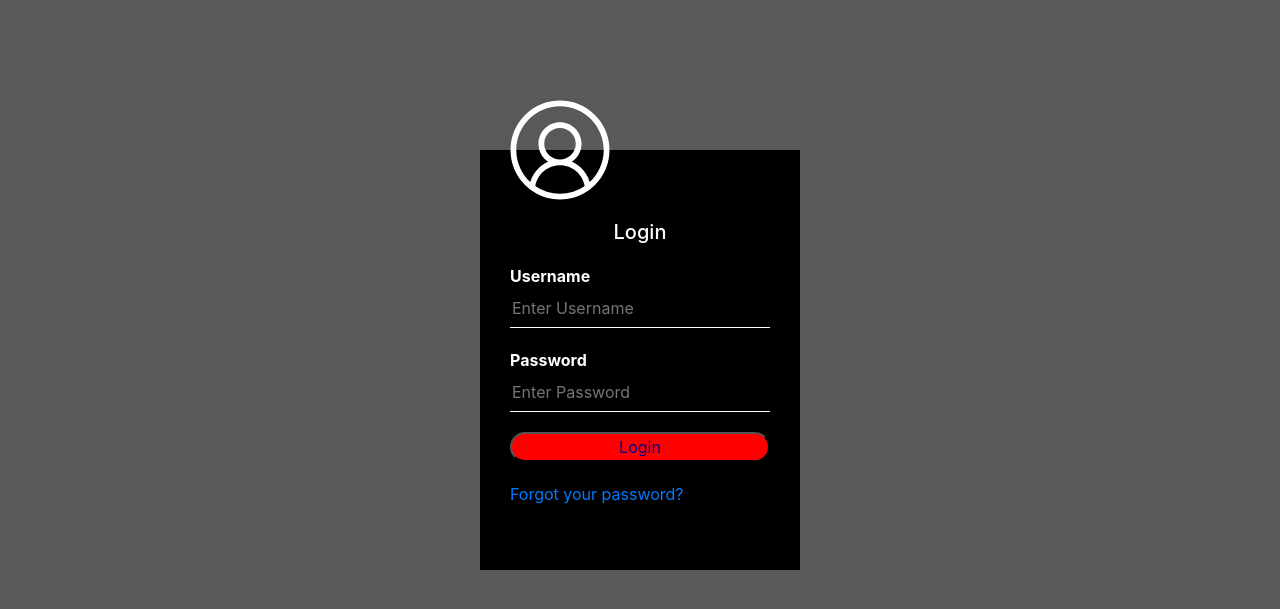
Repository: Lovekr/stylester
Page: stylster_frontend_design/login.html
The author's editor kept a copy of each file at every save. The page is drawn from the files as they stood at one save, then again after the next save.
The browser window is 1280 px wide. The pictures show the whole page.
The pointer rests on the first visible `.loginbox input[type="submit"]`.

Above is the page before, as saved 2020-03-09 12:35:19.

### stylster_frontend_design/login.html
<!DOCTYPE html>
<html lang="en">
<head>

    <meta charset="UTF-8">
    <meta name="viewport" content="width=device-width, initial-scale=1.0">
    <link rel="stylesheet" href="https://stackpath.bootstrapcdn.com/bootstrap/4.4.1/css/bootstrap.min.css" >
     <link rel="stylesheet" href="./css/owl.carousel.css">
     <link rel="stylesheet" href="./css//owl.theme.default.min.css">
     <link rel="stylesheet" href="https://cdnjs.cloudflare.com/ajax/libs/font-awesome/4.7.0/css/font-awesome.min.css">
     <link rel="stylesheet" href="./css/login.css">
    <title>STYLSTER</title>
</head>
<body>
     <div class="loginbox">
         <img src="./asset/login icon svg white-01.svg" class="loginicon">
         <h1>Login</h1>
         <form>
             <p>Username</p>
             <input type="text" name="" placeholder="Enter Username">
             <p>Password</p>
             <input type="password" name="" placeholder="Enter Password">
             <input type="submit" name="" value="Login">
             <a href="#">Forgot your password?</a>
         </form>
     </div>










</body>
</html>

### stylster_frontend_design/css/login.css
body {
    margin: 0;
    padding: 0;
    background-color: #58595b;
    background-size: cover;
    background-position: center;
}
.loginbox {
    width: 320px;
    height: 420px;
    background: #000;
    color: #fff;
    position: absolute;
    top:50%;
    left:50%;
    transform: translate(-50%, -50%);
    box-sizing: border-box;
    padding: 70px 30px;
}
.loginicon {
    width: 100px;
    height: 100px;
    border-radius: 50%;
    position: absolute;
    top: -50px;
    left: calc(-50%, 50px);
}
h1 {
    margin:0;
    padding: 0 0 20px;
    text-align: center;
    font-size: 20px;
}
.loginbox p{
    margin: 0;
    padding: 0;
    font-weight: bold;
}
.loginbox input{
    width: 100%;
    margin-bottom: 20px;
}
.loginbox input[type="text"], input[type="password"]
{
    border: none;
    border-bottom: 1px solid #fff;
    background: transparent;
    outline: none;
    height: 40px;
}
.loginbox input[type="submit"]
{
    border-radius: 20px;
}
.loginbox input[type="submit"]:hover
{
    cursor: pointer;
    background: red;
    color: darkblue;
}

Loaded but not shown: stylster_frontend_design/css/owl.carousel.css (library); stylster_frontend_design/css/owl.theme.default.min.css (common file)

After the next save:
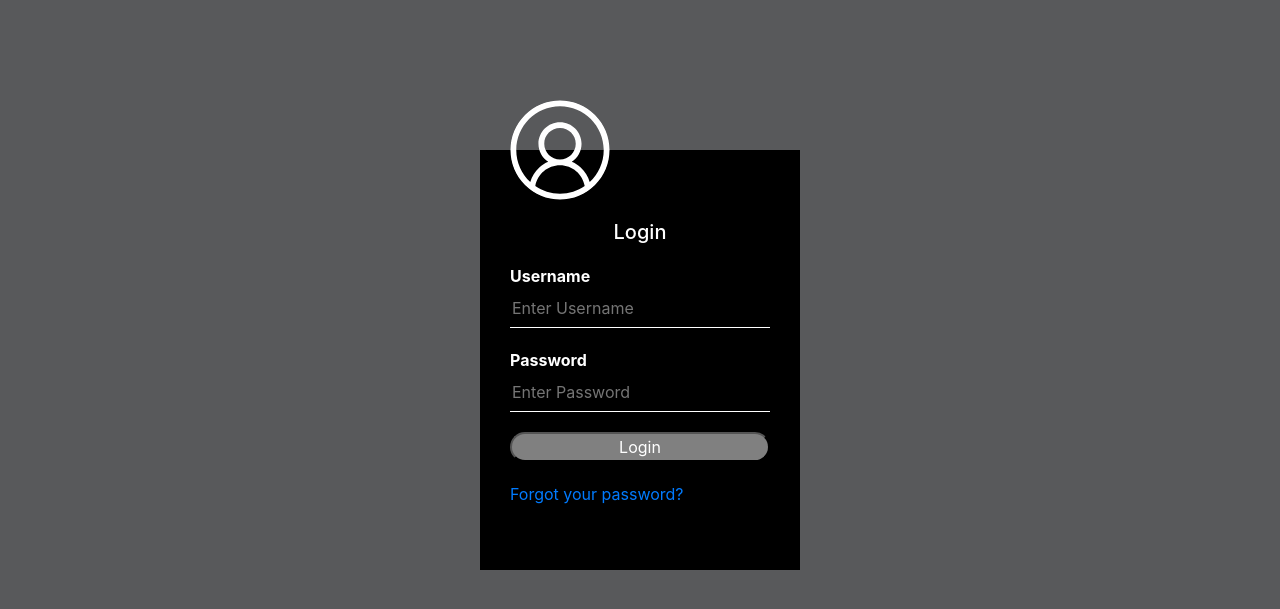
Saved 26 s later.
--- a/stylster_frontend_design/css/login.css
+++ b/stylster_frontend_design/css/login.css
@@ -55,6 +55,6 @@ h1 {
 .loginbox input[type="submit"]:hover
 {
     cursor: pointer;
-    background: red;
-    color: darkblue;
+    background:grey;
+    color: white;
 }
